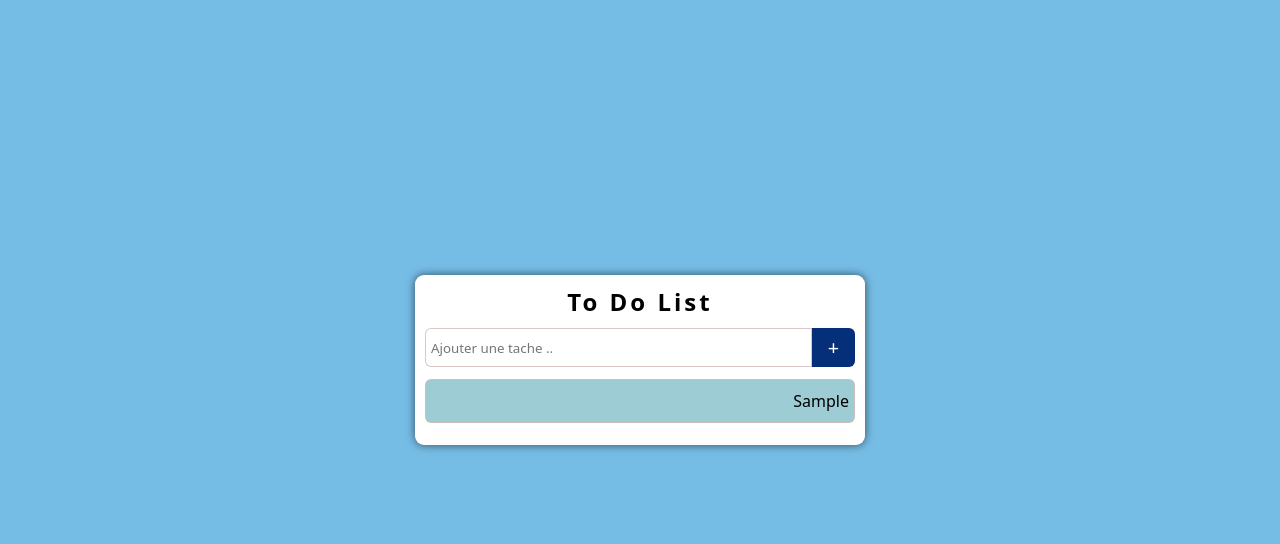
Repository: beva3/javaScrypt
Page: to-do-liste/index.html
An editor plug-in stored every save of this project. The page is shown before and after the next save, followed by the edit.
The browser window is 1280 px wide. The pictures show the whole page.
Empty fields were first filled with sample values (such as "Sample", 5 or name@example.com).
After loading, the first visible `#addTodo` was clicked once.

Above is the page before, as saved 2024-05-08 21:30:36.

### to-do-liste/index.html
<!DOCTYPE html>
<html lang="en">
<head>
    <meta charset="UTF-8">
    <link rel="stylesheet" href="style.css">
    <meta name="viewport" content="width=device-width, initial-scale=1.0">
    <title>to do list</title>
</head>
<body>
    <section>
        <h1>To do list</h1>
        <div class="container">
            <div class="full_input">
                <input type="text" name="" id="inputField" placeholder="Ajouter une tache ..">
                <button id="addTodo" onclick="addToDoButton()">+</button>
            </div>
            <div id="toDocontainer"></div>
        </div>
    </section>
    <script src="./script.js"></script>
</body>
</html>

### to-do-liste/style.css
*{
    margin: 0;
    padding: 0;
    box-sizing:border-box ;
    font-family:system-ui, -apple-system, BlinkMacSystemFont, 'Segoe UI', Roboto, Oxygen, Ubuntu, Cantarell, 'Open Sans', 'Helvetica Neue', sans-serif;
}
body{
    background-color: rgba(48, 155, 218, 0.658);
    display: flex;
    align-items: center;
    min-height: 100vh;
    justify-content: center;
}
section{
    background-color: white;
    padding:10px;
    width:450px;
    border-radius: 9px;
    box-shadow: 0 0 10px rgba(0,0,0,0.6);
}
h1{
    text-align: center;
    text-transform: capitalize;
    letter-spacing: 3px;
    margin-bottom: 10px;
}
.full_input{
    display: flex;
    align-items: center;
    justify-content: space-between;
    input{
        width: 90%;
        padding: 10px 5px;
        height: 39px;
        outline: none;
        border: 1px solid rgba(214, 186, 186, 0.822);
        border-radius: 6px 0 0 6px ;
    }
    button{
        width: 10%;
        height: 39px;
        border:0;
        border-radius: 0 6px 6px 0 ;
        background-color: rgb(6, 47, 122);
        font-size: 20px;
        color: white;
        cursor: pointer;
    }
}
.paragraph_style{
    width: 100%;
    padding: 10px 5px;
    border: 1px solid rgba(214, 186, 186, 0.822);
    background-color: rgba(27, 136, 155, 0.425);
    border-radius: 6px;
    margin: 12px 0;
    text-align: right;
    word-break: break-all;
    cursor:pointer;
}
.paragraph_style:last-child{
    margin-bottom: 12px;
}

### to-do-liste/script.js
let addToDoButton = document.getElementById('addTodo');             //!console.log(addToDoButton);
let addToDoContainer = document.getElementById('toDocontainer');    //!console.log(addToDoContainer);
let inputField = document.getElementById('inputField');             //!console.log(inputField);

addToDoButton.onclick = function(){
    // TODO: verify if the input field is not null
    if(inputField.value != ""){
        //  !console.log(inputField);
        //  !console.log(inputField.value);
        // TODO: create a paragraph
        var paragraph = document.createElement('p');
    }
    // TODO: valorizer this paragraph with the content of input
    paragraph.innerHTML = inputField.value;

    // TODO: add style
    paragraph.classList.add('paragraph_style');

    // TODO:insert this paragraph dans l'element of toDoContainer
    addToDoContainer.appendChild(paragraph);

    inputField.value = "";
}

After the next save:
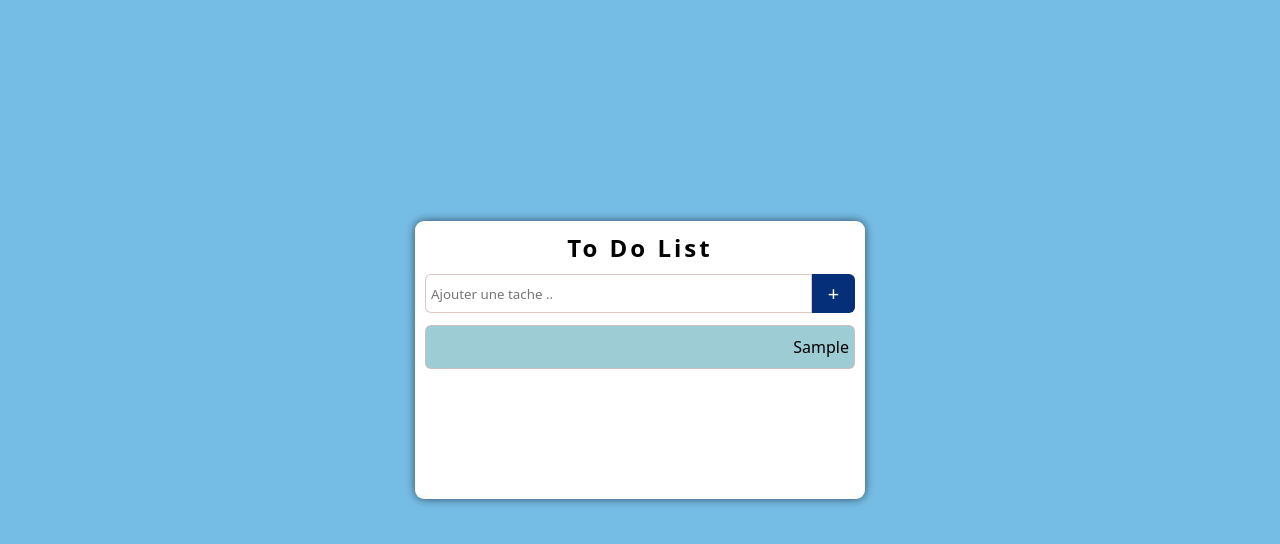
Saved 7 s later.
--- a/to-do-liste/style.css
+++ b/to-do-liste/style.css
@@ -59,5 +59,5 @@
     cursor:pointer;
 }
 .paragraph_style:last-child{
-    margin-bottom: 12px;
+    margin-bottom: 120px;
 }

After the save that followed:
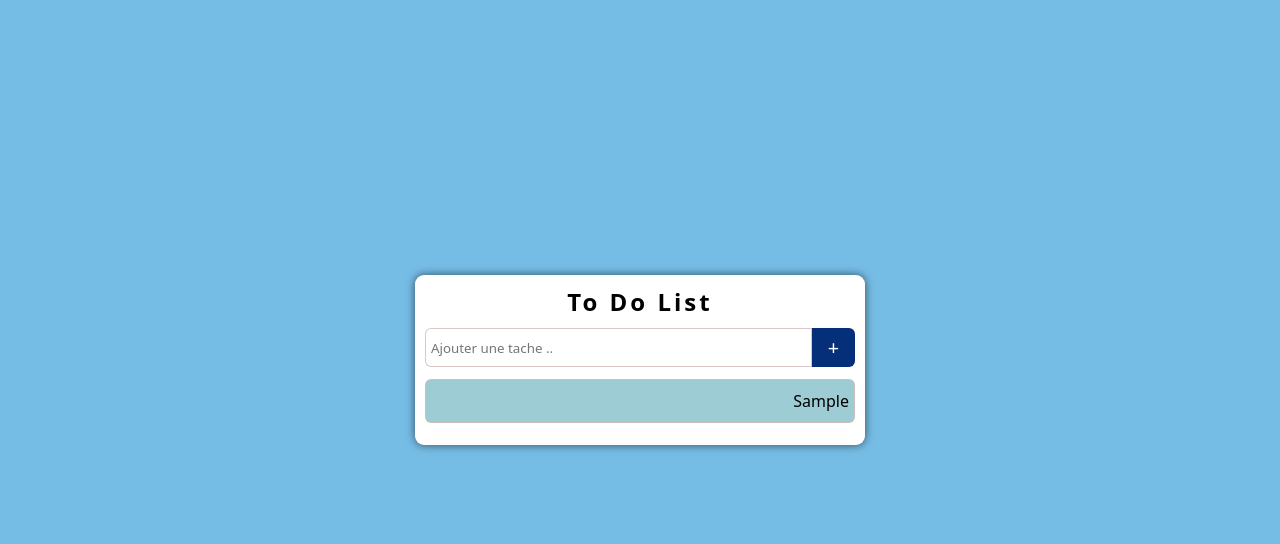
Saved 4 s later.
--- a/to-do-liste/style.css
+++ b/to-do-liste/style.css
@@ -59,5 +59,5 @@
     cursor:pointer;
 }
 .paragraph_style:last-child{
-    margin-bottom: 120px;
+    margin-bottom: px;
 }
